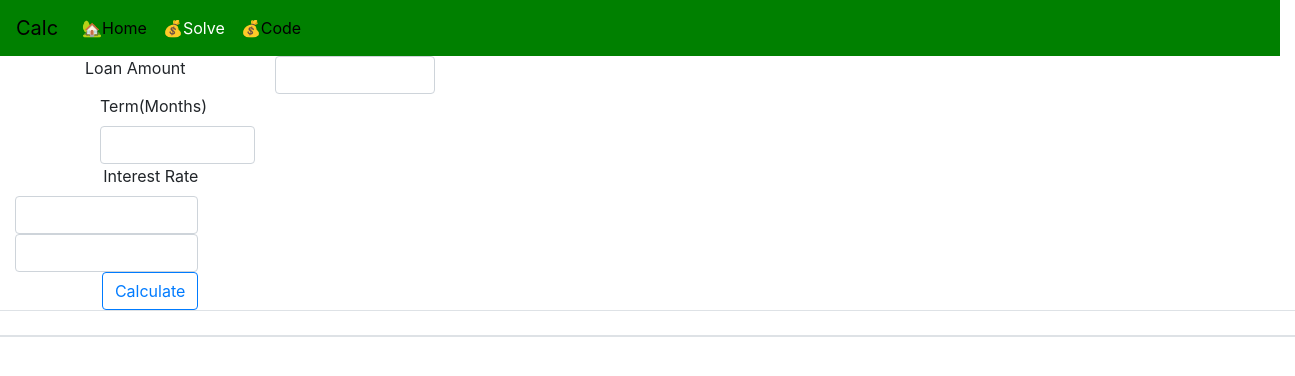
Repository: zhadjah9559/MortgageManager
Page: solve.html
The author's editor kept a copy of each file at every save. The page is drawn from the files as they stood at one save, then again after a run of saves.
The browser window is 1280 px wide. The page is 1295 px wide, so the pictures cover 1295 px, including what lies to the right of the window. The pictures show the whole page.

Above is the page before, as saved 2021-01-15 16:51:43.

After the next 2 saves:
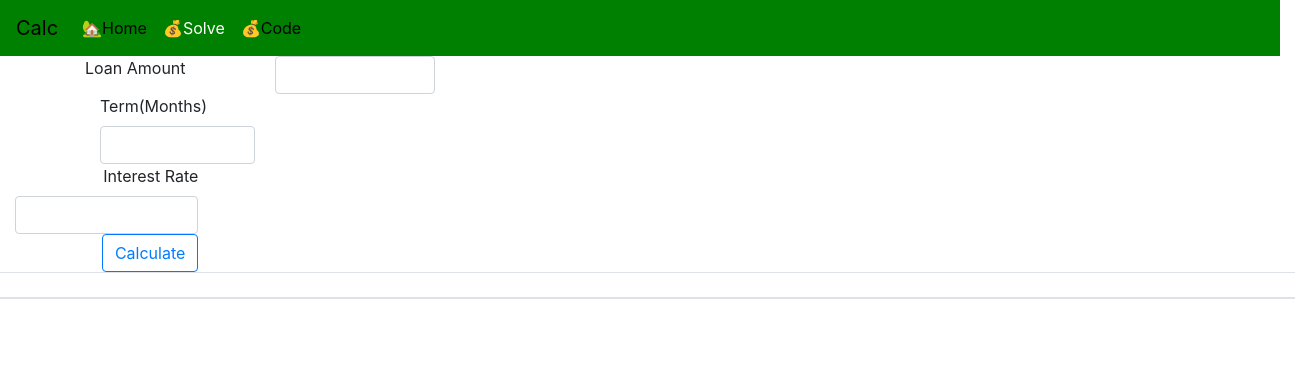
The 2 saves are shown as one change because they came seconds apart.
The last was saved 9 s later.
--- a/solve.html
+++ b/solve.html
@@ -47,7 +47,7 @@
             <label for="Term">Term(Months)</label>
         </div>
         <div class="col-2">
-            <input type="number" class="form-control" id="loanAmount">
+            <input type="number" class="form-control" id="months">
         </div>
 
 
@@ -59,7 +59,6 @@
 
                 <!--Label Inputs-->
                 <div class="col-2 text-right">
-                    <input type="number" class="form-control" id="months">
                     <input type="number" class="form-control" id="interestRate">
                     <button class="btn btn-outline-primary" type="submit" onclick="calculateLoan()">Calculate</button>
                 </div>
